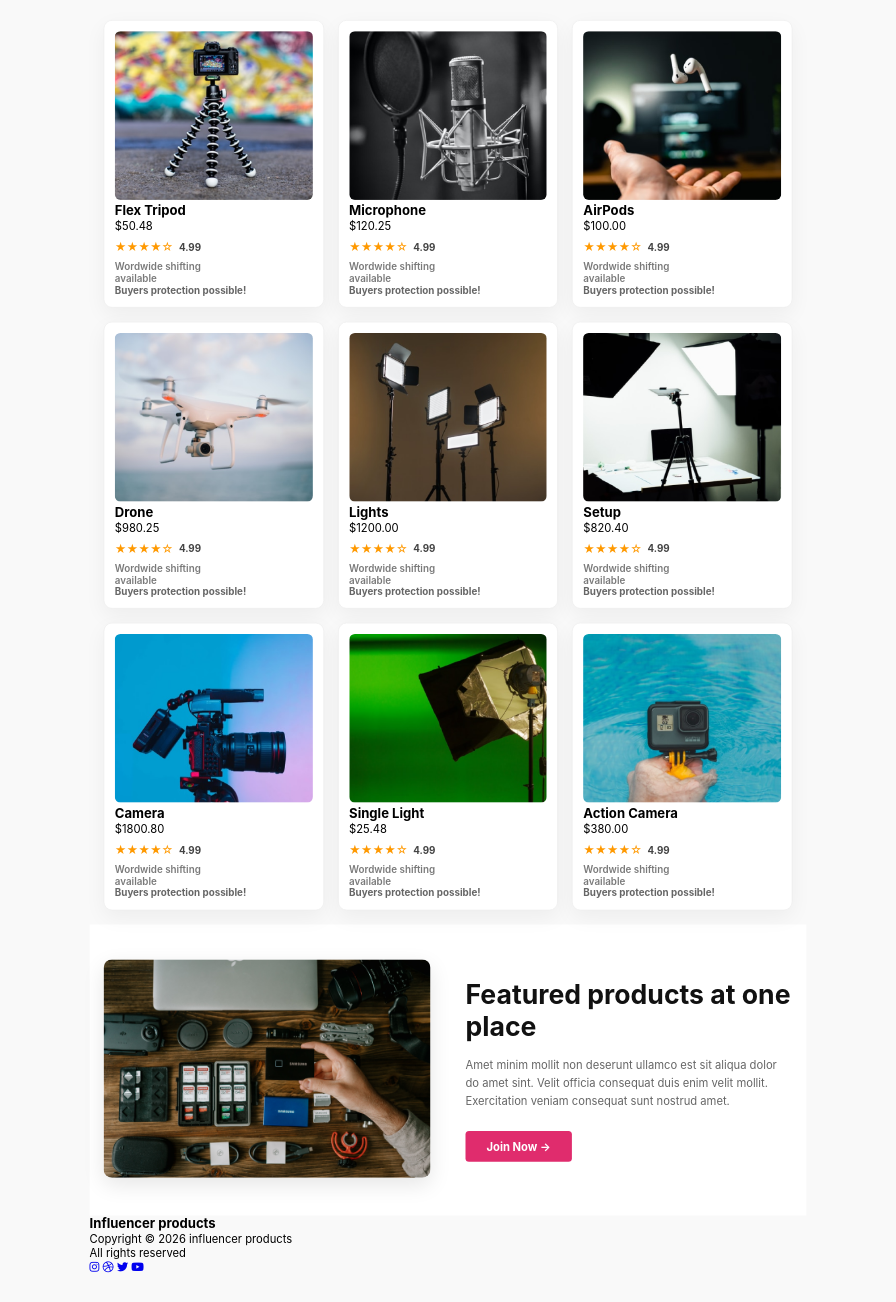
Repository: Saiful21Islam/Influencer-products
Page: it.html
These files come from the project's save history. The page is drawn as it stood at one moment and after the next save; the edit follows.
The browser window is 1280 px wide. The pictures show the part of the page from y = 991 to 2911 px (the page is 2851 px tall before and 2911 px after), at 70% of full size.

Above is the page before, as saved 2026-03-11 12:16:09.

### it.html
<!DOCTYPE html>
<html lang="en">

<head>
    <meta charset="UTF-8">
    <meta name="viewport" content="width=device-width, initial-scale=1.0">
    <title>Influencer Products</title>
    <link rel="stylesheet" href="style.css">
    <link rel="stylesheet" href="https://cdnjs.cloudflare.com/ajax/libs/font-awesome/6.0.0/css/all.min.css">
</head>
<style>
    * {
        margin: 0;
        padding: 0;
        box-sizing: border-box;
        font-family: 'Inter', sans-serif;
    }

    body {
        background-color: #f9f9f9;
        padding: 40px 10%;
    }

    .product-grid {
        display: grid;
        grid-template-columns: repeat(3, 1fr);
        gap: 30px;
    }

    .product-card {
        background: #fff;
        padding: 15px;
        border-radius: 12px;
        text-align: left;
        box-shadow: 0 10px 30px rgba(0, 0, 0, 0.05);
        transition: 0.3s;
    }

    .product-card:hover {
        transform: translateY(-5px);
    }

    .thumbnail {
        width: 100%;
        height: auto;
        border-radius: 8px;
        overflow: hidden;
        margin-bottom: 15px;
    }

    .thumbnail img {
        width: 100%;
        height: 100%;
        object-fit: cover;
    }

    .card-content h3 {
        font-size: 22px;
        color: #3A3A3A;
        margin-bottom: 5px;
    }

    .price {
        font-size: 20px;
        font-weight: 500;
        margin-bottom: 10px;
    }

    .rating {
        display: flex;
        align-items: center;
        gap: 5px;
        margin-bottom: 10px;
    }

    .rating i {
        color: #FF9800;
        font-size: 14px;
    }

    .rating-number {
        color: #787885;
        font-size: 14px;
    }

    .desc {
        color: #787885;
        font-size: 14px;
        line-height: 1.5;
    }

    @media (max-width: 768px) {
        .product-grid {

            grid-template-columns: repeat(1, 1fr);
        }
    }
</style>

<body>

    <nav class="navbar">
        <a href="#" class="logo">Influencer products</a>
        <ul class="nav-links">
            <li><a href="#">Home</a></li>
            <li><a href="#">Products</a></li>
            <li><a href="#">Sign up</a></li>
            <li><a href="#">Log In</a></li>
            <div class="nav-icons">
                <i class="fa-solid fa-magnifying-glass"></i>
                <div class="cart-icon"><i class="fa-solid fa-cart-shopping"></i><span class="cart-dot"></span></div>
            </div>
        </ul>
    </nav>

    <header class="hero">
        <div class="hero-content">
            <h1>Start your Journey as Influencer</h1>
            <p>Lorem ipsum dolor sit amet, consectetur adipiscing elit. Sem vestibulum sed scelerisque eros. Lectus
                faucibus.</p>
            <a href="#" class="btn-pink">Preebook now <i class="fa-solid fa-arrow-right"></i></a>
        </div>
        <div class="hero-image-container">
            <img src="images/Circle design.svg" alt="Circle Background" class="circle-image">

            <img src="images/main-camera.png" alt="Fujifilm Camera" class="camera-image">
        </div>
        </div>
        </div>
    </header>

    <section class="brand-section">
        <div class="logos-container">
            <img src="logos/Alibaba.svg" alt="Brands">
            <img src="logos/amazon.svg" alt="Brands">
            <img src="logos/Daraz.pk Logo.svg" alt="Brands">
            <img src="logos/ebay.svg" alt="Brands">
            <img src="logos/Rakuten.svg" alt="Brands">
            <img src="logos/Target.svg" alt="Brands">
            <img src="logos/Walmart.svg" alt="Brands">
        </div>
    </section>

    <section class="collection-section">
        <h2 class="title">Popular Collection</h2>
        <div class="product-container">
            <div class="product-card">
                <img src="images/tripod.png" alt="Tripod">
                <h3>Flex Tripod</h3>
                <p>$50.48</p>
                <div class="stars">
                    ★★★★☆ <span class="rating-num">4.99</span>
                </div>

                <p class="details">Wordwide shifting</p>
                <p class="details">available</p>
                <p class="details">Buyers protection possible!</p>
            </div>

            <div class="product-card">
                <img src="images/mic.png" alt="Microphone">
                <h3>Microphone</h3>
                <p>$120.25</p>
                <div class="stars">
                    ★★★★☆ <span class="rating-num">4.99</span>
                </div>

                <p class="details">Wordwide shifting</p>
                <p class="details">available</p>
                <p class="details">Buyers protection possible!</p>
            </div>

            <div class="product-card">
                <img src="images/airpod.png" alt="airpod">
                <h3>AirPods</h3>
                <p>$100.00</p>
                <div class="stars">
                    ★★★★☆ <span class="rating-num">4.99</span>
                </div>

                <p class="details">Wordwide shifting</p>
                <p class="details">available</p>
                <p class="details">Buyers protection possible!</p>
            </div>

            <div class="product-card">
                <img src="images/drone.png" alt="drone">
                <h3>Drone</h3>
                <p>$980.25</p>
                <div class="stars">
                    ★★★★☆ <span class="rating-num">4.99</span>
                </div>

                <p class="details">Wordwide shifting</p>
                <p class="details">available</p>
                <p class="details">Buyers protection possible!</p>
            </div>

            <div class="product-card">
                <img src="images/lights.png" alt="Lights">
                <h3>Lights</h3>
                <p>$1200.00</p>
                <div class="stars">
                    ★★★★☆ <span class="rating-num">4.99</span>
                </div>

                <p class="details">Wordwide shifting</p>
                <p class="details">available</p>
                <p class="details">Buyers protection possible!</p>
            </div>

            <div class="product-card">
                <img src="images/setup.png" alt="Setup">
                <h3>Setup</h3>
                <p>$820.40</p>
                <div class="stars">
                    ★★★★☆ <span class="rating-num">4.99</span>
                </div>

                <p class="details">Wordwide shifting</p>
                <p class="details">available</p>
                <p class="details">Buyers protection possible!</p>
            </div>

            <div class="product-card">
                <img src="images/camera.png" alt="Camera">
                <h3>Camera</h3>
                <p>$1800.80</p>
                <div class="stars">
                    ★★★★☆ <span class="rating-num">4.99</span>
                </div>

                <p class="details">Wordwide shifting</p>
                <p class="details">available</p>
                <p class="details">Buyers protection possible!</p>
            </div>

            <div class="product-card">
                <img src="images/single-light.png" alt="Single Light">
                <h3>Single Light</h3>
                <p>$25.48</p>
                <div class="stars">
                    ★★★★☆ <span class="rating-num">4.99</span>
                </div>

                <p class="details">Wordwide shifting</p>
                <p class="details">available</p>
                <p class="details">Buyers protection possible!</p>
            </div>

            <div class="product-card">
                <img src="images/action.png" alt="Action Camera">
                <h3>Action Camera</h3>
                <p>$380.00</p>
                <div class="stars">
                    ★★★★☆ <span class="rating-num">4.99</span>
                </div>

                <p class="details">Wordwide shifting</p>
                <p class="details">available</p>
                <p class="details">Buyers protection possible!</p>
            </div>

        </div>
    </section>
    </section>
    <section class="featured-section">
        <div class="featured-container">
            <div class="featured-image">
                <img src="images/gear.png" alt="Featured Gear">
            </div>

            <div class="featured-content">
                <h2>Featured products at one place</h2>
                <p>Amet minim mollit non deserunt ullamco est sit aliqua dolor do amet sint. Velit officia consequat
                    duis enim velit mollit. Exercitation veniam consequat sunt nostrud amet.</p>
                <a href="#" class="join-btn">Join Now &rarr;</a>
            </div>
        </div>
    </section>

    <footer class="simple-footer">
    <div class="footer-inner">
        <h3>Influencer products</h3>
        <p>Copyright © 2026 influencer products <br> All rights reserved</p>

        <div class="footer-icons">
            <a href="#"><i class="fa-brands fa-instagram"></i></a>
            <a href="#"><i class="fa-brands fa-dribbble"></i></a>
            <a href="#"><i class="fa-brands fa-twitter"></i></a>
            <a href="#"><i class="fa-brands fa-youtube"></i></a>
        </div>
    </div>
</footer>

<st !important;
        text-align: center !important;
        padding: 80px 0 !important; /* ওপরে নিচে ছবির মতো গ্যাপ */
        width: 100% !important;
        display: block !important;
        margin-top: 50px;
    }

    .footer-inner h3 {
        font-family: sans-serif;
        font-size: 26px;
        font-weight: bold;
        margin: 0 0 10px 0;
    }

    .footer-inner p {
        font-family: sans-serif;
        font-size: 14px;
        opacity: 0.8;
        line-height: 1.6;
        margin: 0 0 30px 0;
    }

    /* ২. সোশ্যাল আইকন - ছবির মতো হালকা গোল ঘর */
    .footer-icons {
        display: flex;
        justify-content: center;
        gap: 15px;
    }

    .footer-icons a {
        color: white !important;
        background: rgba(255, 255, 255, 0.1); /* ছবির মতো
</body>

</html>

### style.css
.hero {
    display: flex;
    align-items: center;
    justify-content: space-around;
    padding: 50px 10%;
    background-color: #fff;
    min-height: 80vh;
    flex-wrap: wrap;
}

.hero-content {
    flex: 1;
    min-width: 300px;
}

.hero-content h1 {
    font-size: 52px;
    line-height: 1.2;
    margin-bottom: 20px;
    color: #3A3A3A;
}

.hero-content p {
    font-size: 16px;
    color: #6C6C6C;
    margin-bottom: 30px;
    max-width: 450px;
}

.btn-pink {
    background-color: #E02C6D;
    color: white;
    padding: 12px 25px;
    text-decoration: none;
    border-radius: 50px;
    font-weight: bold;
    display: inline-block;
}

.hero-image-container {
    flex: 1;
    position: relative;
    display: flex;
    justify-content: center;
    align-items: center;
    min-width: 300px;
}

.camera-image {
    width: 100%;
    max-width: 450px;
    position: relative;
    z-index: 2;
}

.circle-image {
    position: absolute;
    width: 110%;
    z-index: 1;
}

@media (max-width: 768px) {
    .hero {
        flex-direction: column-reverse;
        text-align: center;
        padding: 30px 5%;
    }
    .hero-content {
        margin-top: 30px;
    }
    .hero-content h1 {
        font-size: 32px;
    }
    .hero-image-container {
        width: 100%;
    }
    .camera-image {
        max-width: 300px;
    }
}
{
    margin: 0;
    padding: 0;
    box-sizing: border-box;
    font-family: 'Inter', sans-serif;
}

/* Navbar */
.navbar {
    display: flex;
    justify-content: space-between;
    padding: 20px 10%;
    align-items: center;
}
.logo { font-size: 24px; font-weight: bold; color: #3A3A3A; text-decoration: none; }
.nav-links { display: flex; list-style: none; align-items: center; }
.nav-links li { margin-left: 25px; }
.nav-links a { text-decoration: none; color: #3A3A3A; font-weight: 500; }
.nav-icons { display: flex; margin-left: 20px; gap: 20px; font-size: 18px; }

/* Hero */
.hero {
    display: flex;
    padding: 50px 10%;
    align-items: center;
}
.hero-content h1 { font-size: 52px; color: #3A3A3A; margin-bottom: 15px; }
.btn-pink {
    background: #E02C6D;
    color: white;
    padding: 10px 25px;
    border-radius: 50px;
    text-decoration: none;
    display: inline-block;
    margin-top: 20px;
}
.hero-image img { width: 400px; }

/* Brands */
.brand-section {
    padding: 40px 10%;
    border-top: 1px solid #eee;
    border-bottom: 1px solid #eee;
    margin: 50px 0;
}

.logos-container {
    display: flex;
    justify-content: space-between;
    align-items: center;
    flex-wrap: wrap;
}

.logos-container img {
    height: 35px;
    width: auto;
}

.hero-image-container {
    position: relative;
    width: 500px;
    height: 500px;
    display: flex;
    justify-content: center;
    align-items: center;
}

.circle-image {
    position: absolute;
    width: 450px;
    height: auto;
    z-index: 1;
    opacity: 0.8;
}
.camera-image {
    position: relative;
    width: 100%;
    max-width: 480px;
    z-index: 2;
    filter: drop-shadow(0 20px 30px rgba(0,0,0,0.1));
}

.product-container {
  display: flex;
  flex-wrap: wrap;
  gap: 20px;
  justify-content: center;
  padding: 20px;
}

.product-card {
  flex: 1 1 310px;
  max-width: 350px;
  background: #fff;
  border: 1px solid #eee;
  border-radius: 12px;
  padding: 15px;
  box-shadow: 0 5px 15px rgba(0,0,0,0.05);
  transition: transform 0.3s ease;
}

.product-card:hover {
  transform: translateY(-5px);
}

.product-card img {
  width: 100%;
  height: auto;
  border-radius: 8px;
}

@media (max-width: 768px) {
  .product-container {
    gap: 15px;
    padding: 10px;
  }
}

@media (max-width: 480px) {
  .product-card {
    flex: 1 1 100%;
    max-width: 100%;
    margin: 0 auto;
  }
}

.stars {
    display: flex;
    align-items: center;
    color: #FF9900;
    font-size: 16px;
    margin: 10px 0;
}

.star-half {
    position: relative;
    display: inline-block;
    color: #ccc;
}

.star-half::after {
    content: '★';
    position: absolute;
    left: 0;
    top: 0;
    width: 50%;
    overflow: hidden;
    color: #FF9900;
}

.rating-num {
    color: #444;
    font-size: 14px;
    font-weight: bold;
    margin-left: 8px;
}

.details {
    font-size: 14px;
    color: #7a7a7a;
    margin: 0;
    line-height: 1.2;
    font-weight: 600;
}

.details:last-child {
    font-weight: 700;
    color: #666;
}

.title {
    text-align: center;
    font-size: 28px;
    font-weight: 700;
    color: #333;
    margin-bottom: 40px;
}

.featured-section {
    padding: 50px 20px;
    background-color: #fff;
}

.featured-container {
    max-width: 1100px;
    margin: 0 auto;
    display: flex;
    align-items: center;
    gap: 50px;

.featured-image {
    flex: 1;
}

.featured-image img {
    width: 100%;
    border-radius: 12px;
    box-shadow: 0 10px 30px rgba(0,0,0,0.1);
}

.featured-content {
    flex: 1;
}

.featured-content h2 {
    font-size: 38px;
    color: #111;
    margin-bottom: 20px;
}

.featured-content p {
    font-size: 16px;
    color: #666;
    line-height: 1.6;
    margin-bottom: 30px;
}

.join-btn {
    display: inline-block;
    background-color: #E02C6D;
    color: white;
    padding: 12px 30px;
    text-decoration: none;
    font-weight: bold;
    border-radius: 5px;
    transition: 0.3s;
}

.join-btn:hover {
    background-color: #c2255c;
}

@media (max-width: 768px) {
    .featured-container {
        flex-direction: column;
        text-align: center;
        gap: 30px;
    }
    .featured-content h2 {
        font-size: 28px;
    }
}

After the next save:
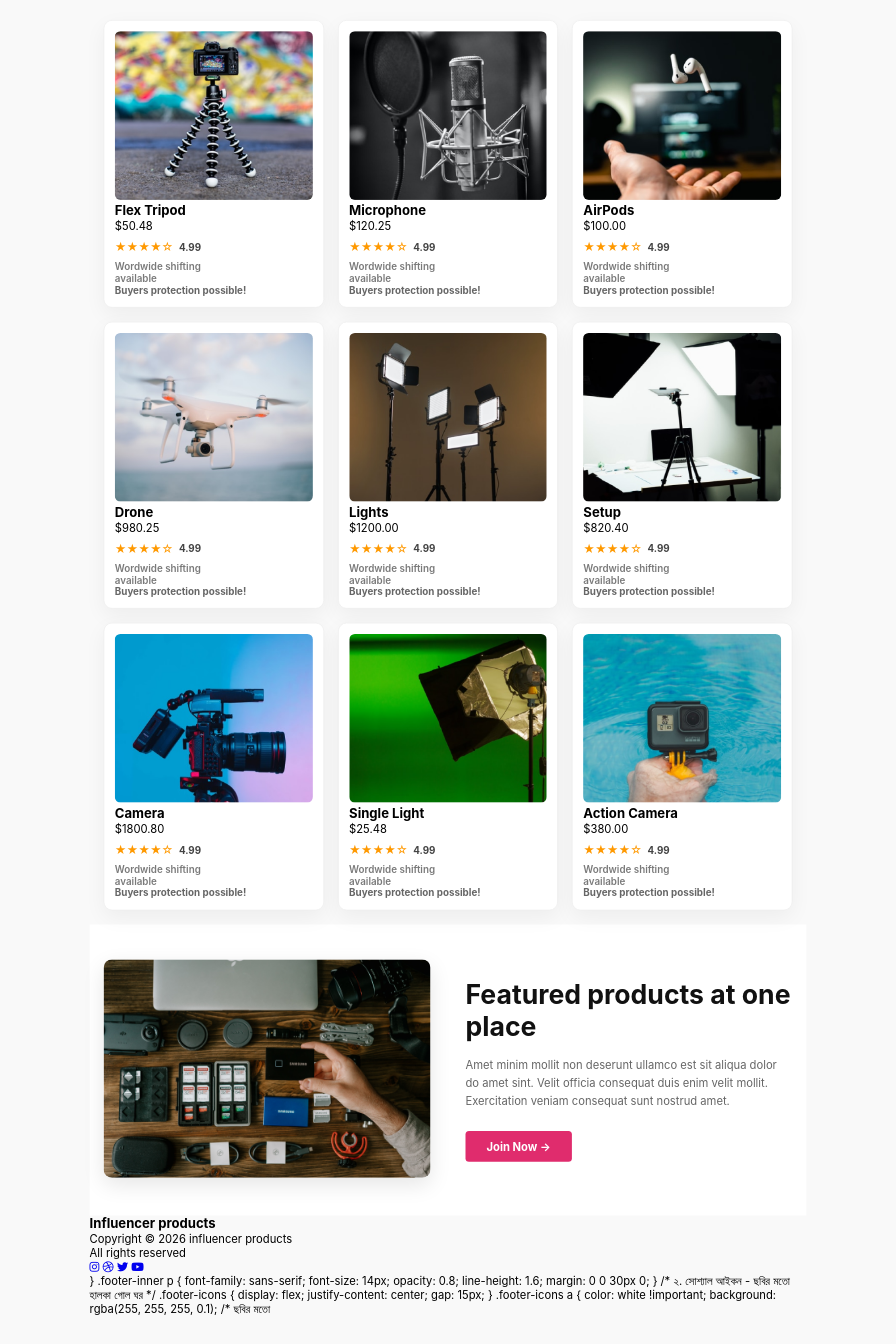
Saved 4 s later.
--- a/it.html
+++ b/it.html
@@ -293,19 +293,7 @@
     </div>
 </footer>
 
-<st !important;
-        text-align: center !important;
-        padding: 80px 0 !important; /* ওপরে নিচে ছবির মতো গ্যাপ */
-        width: 100% !important;
-        display: block !important;
-        margin-top: 50px;
-    }
-
-    .footer-inner h3 {
-        font-family: sans-serif;
-        font-size: 26px;
-        font-weight: bold;
-        margin: 0 0 10px 0;
+
     }
 
     .footer-inner p {
